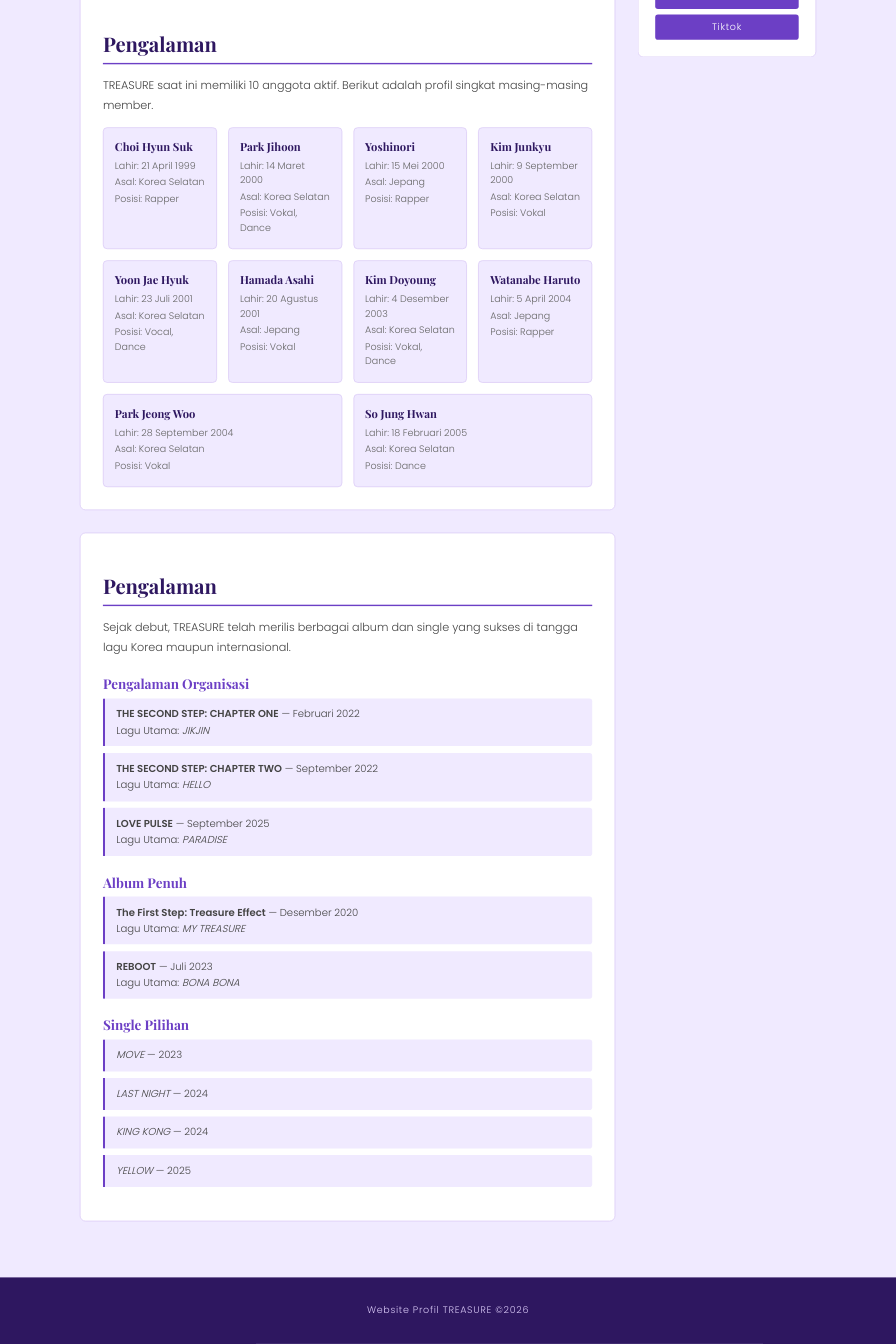
Repository: VergiMutiaRahmasyani/Website-Portofolio
Page: index.html
The author's editor kept a copy of each file at every save. The page is drawn from the files as they stood at one save, then again after the next save.
The browser window is 1280 px wide. The pictures show the part of the page from y = 1057 to 2977 px (the page is 2977 px tall before and 2910 px after), at 70% of full size.

Above is the page before, as saved 2026-03-07 00:05:22.

After the next save:
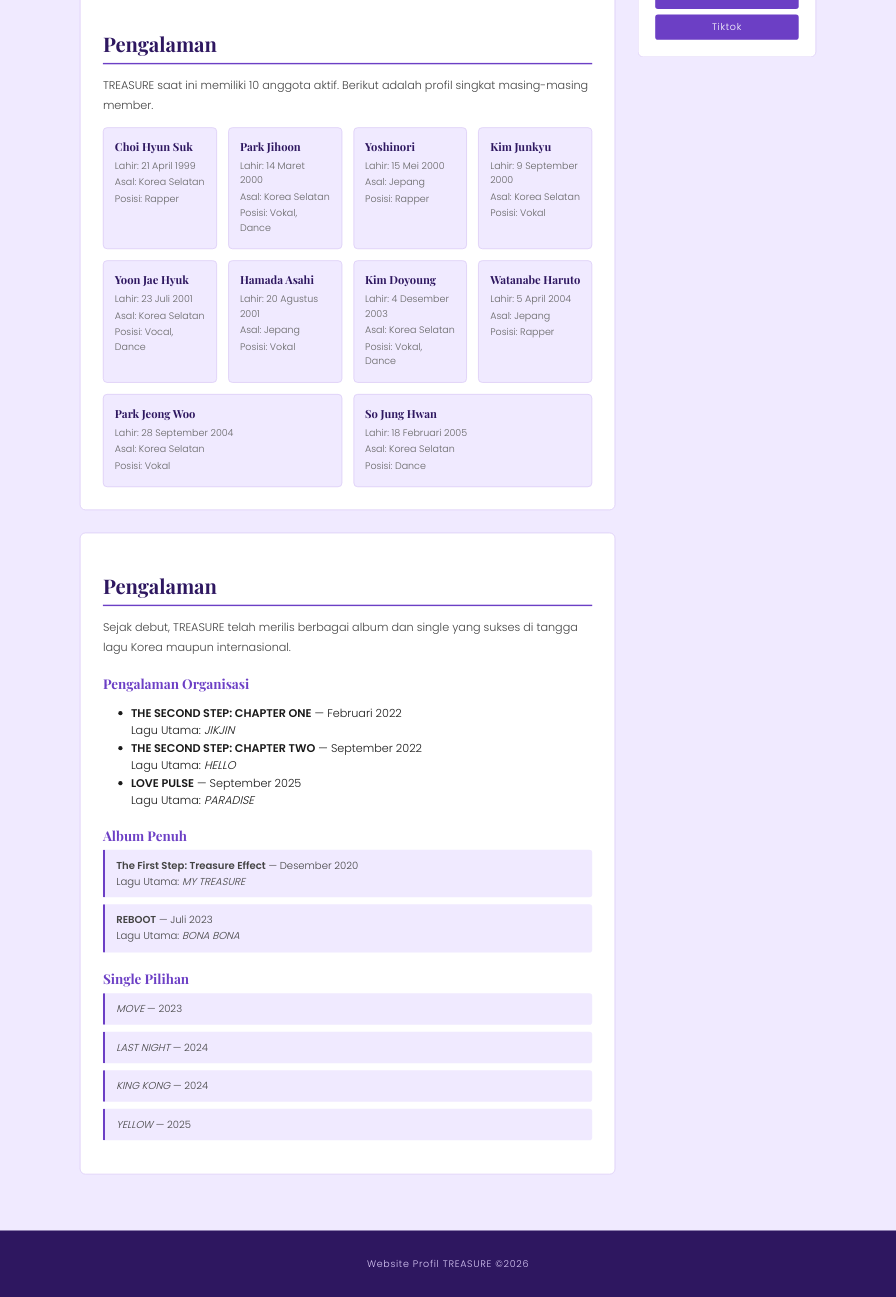
Saved 24 s later.
--- a/index.html
+++ b/index.html
@@ -147,7 +147,7 @@
                         </p>
 
                         <h3> Pengalaman Organisasi</h3>
-                        <ul class="album-list">
+                        <ul class="">
                             <li>
                                 <strong>THE SECOND STEP: CHAPTER ONE</strong> — Februari 2022
                                 <br>Lagu Utama: <em>JIKJIN</em>
